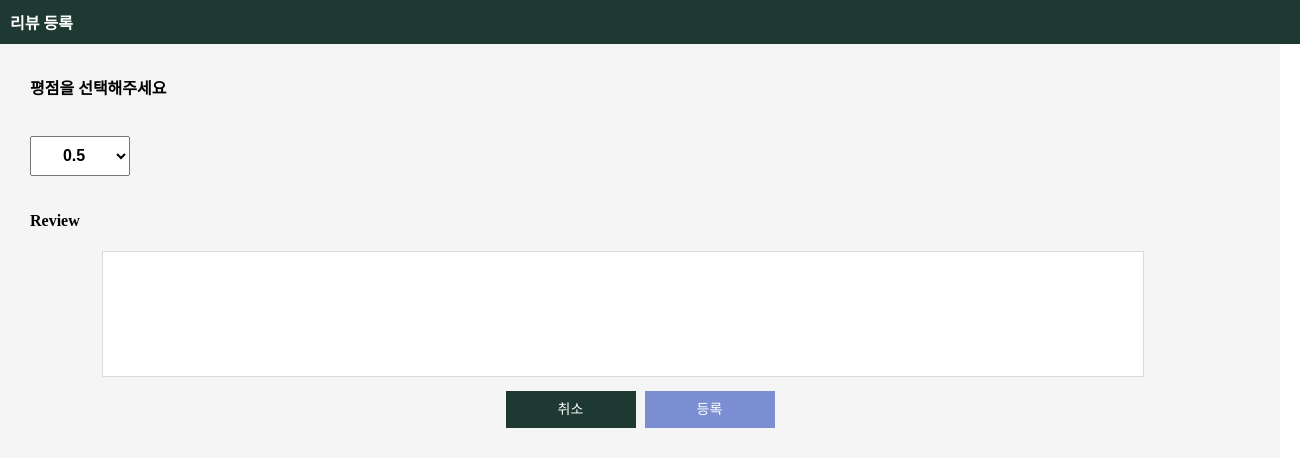
Repository: KimYoungHwans/Yproject
Page: http://localhost/Yproject/WEB-INF/views/replyEnroll.jsp
The author's editor kept a copy of each file at every save. The page is drawn from the files as they stood at one save, then again after the next save.
The browser window is 1280 px wide. The page is 1300 px wide, so the pictures cover 1300 px, including what lies to the right of the window. The pictures show the whole page.
The page is served by Tomcat 9. Nobody is signed in. The template is opened directly, without the code that normally fills it, so the values that code supplies are empty.

Above is the page before, as saved 2023-01-18 07:18:34.

After the next save:
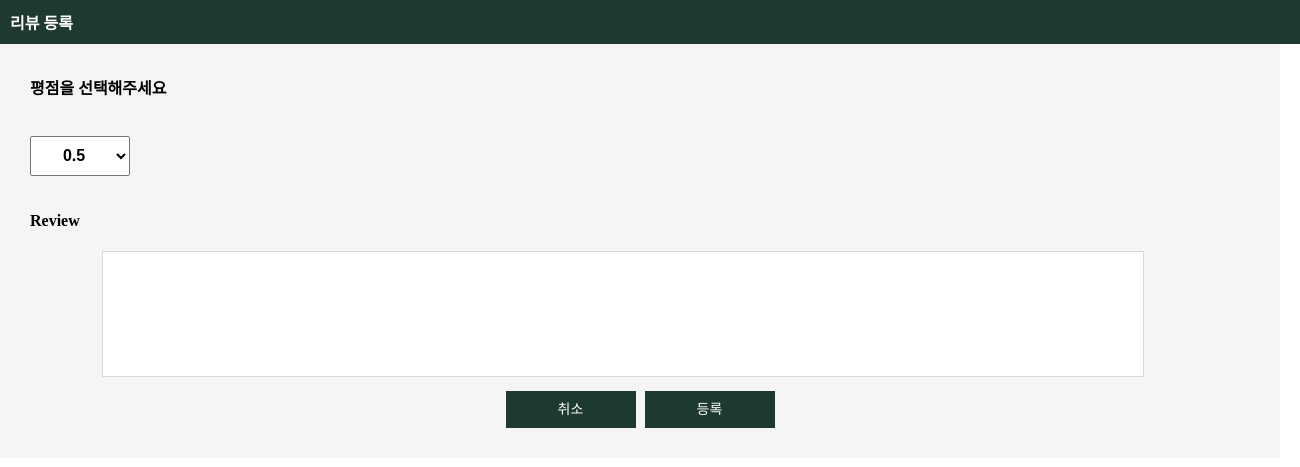
Saved 4 s later.
--- a/workspace/Yproject/src/main/webapp/WEB-INF/views/replyEnroll.jsp
+++ b/workspace/Yproject/src/main/webapp/WEB-INF/views/replyEnroll.jsp
@@ -56,7 +56,7 @@
   	.enroll_btn{
    	    display: inline-block;
 	    width: 130px;
-	    background-color: #7b8ed1;
+	    background-color: #1E3932;
 	    padding-top: 10px;
 	    height: 27px;
 	    color: #fff;
